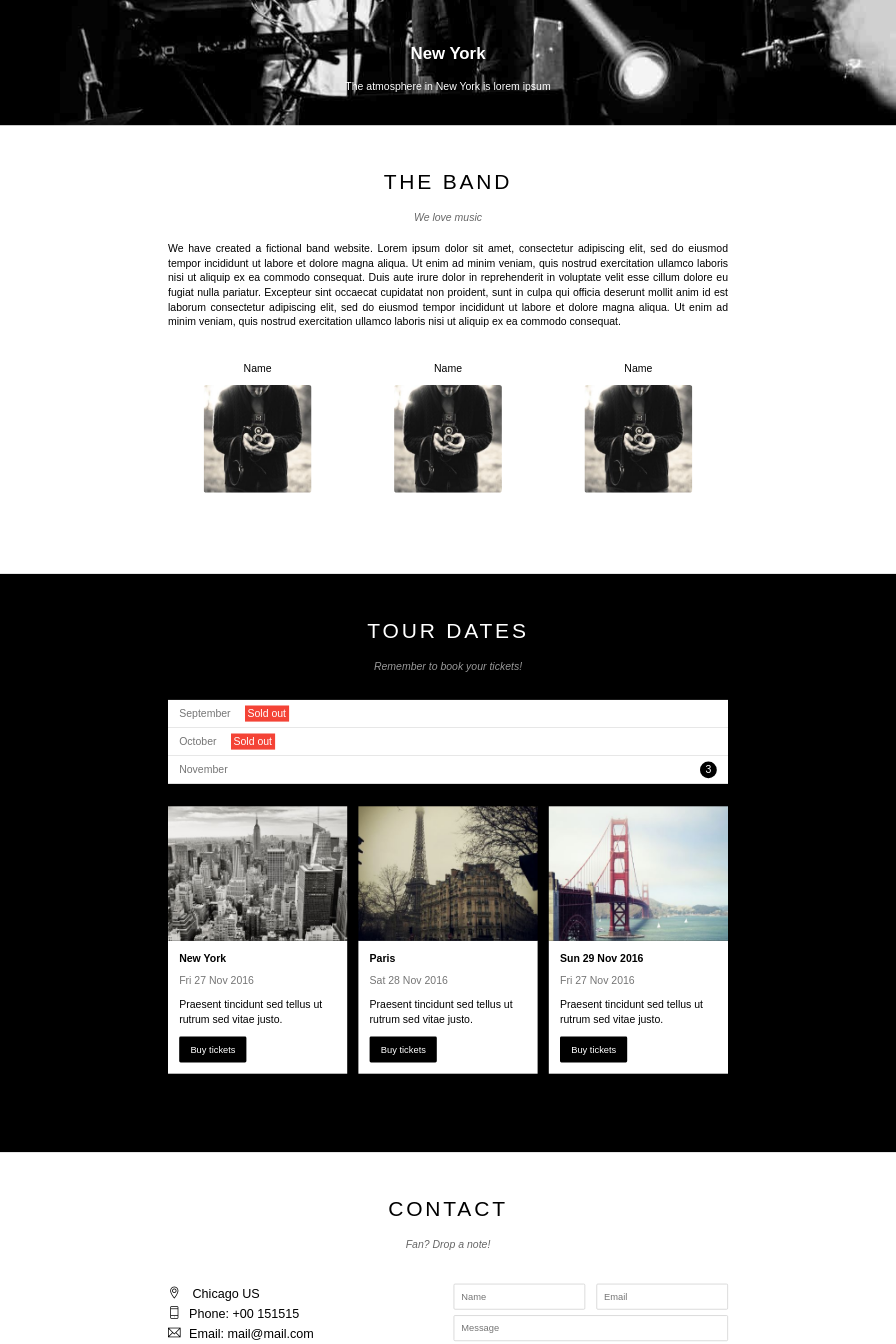
Repository: Phunobita/The-band-w3school
Page: index.html
An editor plug-in stored every save of this project. The page is shown before and after the next save, followed by the edit.
The browser window is 1280 px wide. The pictures show the part of the page from y = 507 to 2427 px (the page is 3501 px tall before and 3495 px after), at 70% of full size.

Above is the page before, as saved 2021-12-03 21:17:52.

### index.html
<!DOCTYPE html>
<html lang="en">

<head>
    <meta charset="UTF-8">
    <meta http-equiv="X-UA-Compatible" content="IE=edge">
    <meta name="viewport" content="width=device-width, initial-scale=1.0">
    <title>The band</title>
    <link rel="stylesheet" href="./assets/fonts/themify-icons-font/themify-icons/themify-icons.css">
    <link rel="stylesheet" href="./assets/css/style.css">
    <link rel="icon" href="/assets/img/hinh-anh-mua-thu-dep-nhat.jpg" type="image/x-icon" />
</head>

<body>
    <div id="main">
        <div id="header">
            <!--Begin nav-->
            <ul id="nav">
                <li><a href="#">Home</a></li>
                <li><a href="#band">Band</a></li>
                <li><a href="#tour">Tour</a></li>
                <li><a href="#contact">Contact</a></li>
                <li>
                    <a href="">
                        More
                        <i class="nav-arrow-down ti-angle-down"></i>
                    </a>
                    <ul class="subnav">
                        <li><a href="#">Merchandise</a></li>
                        <li><a href="#">Extras</a></li>
                        <li><a href="#">Media</a></li>
                    </ul>
                </li>
            </ul>
            <!--End nav-->
            <div class="search-btn">
                <i class="search-icon ti-search"></i>
            </div>
        </div>

        <div id="slider">
            <div class="text-content">
                <h2 class="heading">New York</h2>
                <div class="content">The atmosphere in New York is lorem ipsum</div>
            </div>
        </div>
        <!--About section-->
        <div id="content">
            <div id="band" class="content-section">
                <h2 class="section-heading">THE BAND</h2>
                <p class="section-sub-heading">We love music</p>
                <p class="about-text">We have created a fictional band website. Lorem ipsum dolor sit amet, consectetur
                    adipiscing elit, sed do eiusmod tempor incididunt ut labore et dolore magna aliqua. Ut enim ad minim
                    veniam, quis nostrud exercitation ullamco laboris nisi ut aliquip ex ea commodo consequat. Duis aute
                    irure dolor in reprehenderit in voluptate velit esse cillum dolore eu fugiat nulla pariatur.
                    Excepteur sint occaecat cupidatat non proident, sunt in culpa qui officia deserunt mollit anim id
                    est laborum consectetur adipiscing elit, sed do eiusmod tempor incididunt ut labore et dolore magna
                    aliqua. Ut enim ad minim veniam, quis nostrud exercitation ullamco laboris nisi ut aliquip ex ea
                    commodo consequat.</p>
                <div class=" row member-list">
                    <div class="col col-third text-center">
                        <p class="member-name">Name</p>
                        <img src="./assets/img/tv.jpg" alt="Name" class="member-img">
                    </div>
                    <div class="col col-third text-center">
                        <p class="member-name">Name</p>
                        <img src="./assets/img/tv.jpg" alt="Name" class="member-img">
                    </div>
                    <div class="col col-third text-center">
                        <p class="member-name">Name</p>
                        <img src="./assets/img/tv.jpg" alt="Name" class="member-img">
                    </div>
                </div>
            </div>

            <!--Tour section-->
            <div id="tour" class="tour__section">
                <div class="content-section">
                    <h2 class="section-heading text-white">TOUR DATES</h2>
                    <p class="section-sub-heading text-white">Remember to book your tickets!</p>

                    <ul class="ticket__list">
                        <li class="ticket__list-item">
                            September
                            <span class="sold-out">Sold out</span>
                        </li>
                        <li class="ticket__list-item">
                            October
                            <span class="sold-out">Sold out</span>
                        </li>
                        <li class="ticket__list-item">
                            November
                            <span class="quantity">3</span>
                        </li>
                    </ul>
                    <div class="row place__list">
                        <div class="col col-third ">
                            <img src="./assets/img/newyork.jpg" alt="New York" class="place__img">
                            <div class="place-body">
                                <h3 class="place-heading">New York</h3>
                                <p class="place-time">Fri 27 Nov 2016</p>
                                <p class="place-description">Praesent tincidunt sed tellus ut rutrum sed vitae justo.
                                </p>
                                <button href="#" class="btn js-buy-ticket">Buy tickets</button>
                            </div>
                        </div>
                        <div class="col col-third ">
                            <img src="./assets/img/paris.jpg" alt="New York" class="place__img">
                            <div class="place-body">
                                <h3 class="place-heading">Paris</h3>
                                <p class="place-time">Sat 28 Nov 2016</p>
                                <p class="place-description">Praesent tincidunt sed tellus ut rutrum sed vitae justo.
                                </p>
                                <button href="#" class="btn js-buy-ticket">Buy tickets</button>
                            </div>
                        </div>
                        <div class="col col-third ">
                            <img src="./assets/img/sanfran.jpg" alt="New York" class="place__img">
                            <div class="place-body">
                                <h3 class="place-heading">Sun 29 Nov 2016</h3>
                                <p class="place-time">Fri 27 Nov 2016</p>
                                <p class="place-description">Praesent tincidunt sed tellus ut rutrum sed vitae justo.
                                </p>
                                <button href="#" class="btn js-buy-ticket">Buy tickets</button>
                            </div>
                        </div>
                    </div>
                </div>
            </div>
            <!--Contact section-->
            <div id="contact" class="content-section">
                <h2 class="section-heading">CONTACT</h2>
                <p class="section-sub-heading">Fan? Drop a note!</p>

                <div class="row contact-content">
                    <div class="col col-half contact-info">
                        <p><i class="contact-icon ti-location-pin"></i> Chicago US</p>
                        <p><i class="contact-icon ti-mobile"></i>Phone: +00 151515</p>
                        <p><i class="contact-icon ti-email"></i>Email: mail@mail.com</p>
                    </div>
                    <div class="col col-half contact-form">
                        <form action="">
                            <div class="row">
                                <div class="col col-half">
                                    <input type="text" name="" required id="" class="form-control" placeholder="Name">
                                </div>
                                <div class="col col-half">
                                    <input type="email" name="" required id="" class="form-control" placeholder="Email">
                                </div>
                            </div>
                            <div class="row mt-8">
                                <div class="col col-full">
                                    <input type="" name="" required id="" class="form-control" placeholder="Message">
                                </div>
                            </div>
                            <input class="btn pull-right mt-16" type="submit" value="SEND">
                        </form>
                    </div>
                </div>
            </div>

            <div class="map-section">
                <img src="/assets/img/map (1).jpg" alt="">

            </div>

            <div id="footer">
                <div class="social-list">
                    <a href=""><i class="ti-facebook"></i></a>
                    <a href=""><i class="ti-instagram"></i></a>
                    <a href=""><i class="ti-youtube"></i></a>
                    <a href=""><i class="ti-pinterest"></i></a>
                    <a href=""><i class="ti-twitter"></i></a>
                    <a href=""><i class="ti-linkedin"></i></a>
                </div>
                <p class="copyright">Powered by <a href="">w3.css</a></p>
            </div>
        </div>

        <div class="modal js-modal">
            <div class="modal-container js-modal-container">
                <div class="modal-close js-modal-close">
                    <i class="ti-close"></i>
                </div>

                <header class="modal-header">
                    <i class="modal-heading-icon ti-bag"></i>
                    Tickets
                </header>

                <div class="modal-body">
                    <label for="ticket-quantity" class="modal-label">
                        <i class="ti-shopping-cart"></i>
                        Tickets, $15 per person
                    </label>
                    <input id="ticket-quantity" type="text" class="modal-input" placeholder="How many?">

                    <label for="ticket-email" class="modal-label">
                        <i class="ti-user"></i>
                        Send To
                    </label>
                    <input id="ticket-email" type="email" class="modal-input" placeholder="Enter email">
                    <button id="buy-ticket">
                        Pay <i class="ti-check"></i>
                    </button>
                </div>
                <footer class="modal-footer">
                    <p class="modal-help">Need <a href="">help?</a></p>
                </footer>
            </div>
        </div>
    </div>

    <script>
        const buyBtns = document.querySelectorAll('.js-buy-ticket')
        const modal = document.querySelector('.js-modal')
        const modalContainer = document.querySelector('.js-modal-container')
        const modalClose = document.querySelector('.js-modal-close')

        function showBuyTickets() {
            modal.classList.add('open')
        }

        function hideBuyTickets() {
            modal.classList.remove('open')
        }

        for (const buyBtn of buyBtns) {
            buyBtn.addEventListener('click', showBuyTickets)
        }

        modalClose.addEventListener('click', hideBuyTickets)
        modal.addEventListener('click', hideBuyTickets)
        modalContainer.addEventListener('click', function (event) {
            event.stopPropagation()
        }
        )
    </script>
</body>

</html>

### assets/css/style.css
* {
  padding: 0;
  margin: 0;
  box-sizing: border-box;
}
html {
  scroll-behavior: smooth;
  font-family: Arial, Helvetica, sans-serif;
}
/*
1.vi tri
2. kich thuoc
3.Mau sac
4. Hinh dang
*/
.clear {
  clear: both;
}

.text-white {
  color: #fff !important;
}

.text-center {
  text-align: center !important;
}

.pull-right {
  float: right;
}
.row {
  margin-left: -8px;
  margin-right: -8px;
}
.row::after {
  content: "";
  display: block;
  clear: both;
}

.col {
  float: left;
  padding-left: 8px;
  padding-right: 8px;
}

.col-full {
  width: 100%;
}

.col-half {
  width: 50%;
}
.col-third {
  width: 33.3333%;
}

.mt-8 {
  margin-top: 8px !important;
}

.mt-16 {
  margin-top: 16px !important;
}

.btn {
  display: inline-block;
  background-color: black;
  border: none;
  color: #fff;
  text-decoration: none;
  padding: 11px 16px;
  margin-top: 15px;
  border-radius: 2px;
  cursor: pointer;
}
.btn:hover {
  color: #000;
  background-color: #ccc;
}
#main {
}
#header {
  height: 46px;
  background-color: black;
  position: fixed;
  top: 0;
  left: 0;
  right: 0;
  z-index: 1;
}
#nav {
  display: inline-block;
}
#nav,
.subnav {
  list-style-type: none;
}
#nav > li > a {
  color: #fff;
  text-transform: uppercase;
}
#nav li a {
  text-decoration: none;
  line-height: 46px;
  padding: 0 24px;
  display: block;
}
#nav > li:hover > a,
#nav .subnav li:hover a {
  color: black;
  background-color: #ccc;
}
#nav li:hover .subnav {
  display: block;
}
#nav > li {
  display: inline-block;
  position: relative;
}
#nav .nav-arrow-down {
  font-size: 14px;
}
#nav .subnav {
  display: none;
  min-width: 160px;
  position: absolute;
  top: 100%;
  background-color: white;
  box-shadow: 0 0 10px rgba(0, 0, 0, 0.3);
}
#nav .subnav a {
  color: black;
  padding: 0 12px;
  line-height: 38px;
}
#header .search-btn {
  float: right;
  padding: 0 21px;
  cursor: pointer;
}
#header .search-icon {
  color: #fff;
  font-size: 20px;
  line-height: 46px;
}
#header .search-btn:hover {
  background-color: #f44336;
}
#slider {
  margin-top: 46px;
  padding-top: 50%;
  position: relative;
  background: url("/assets/img/slider1.jpg") top center / cover no-repeat;
}

#slider .text-content {
  position: absolute;
  bottom: 47px;
  color: white;
  width: 100%;
  text-align: center;
}
#silder .heading {
  font-weight: 500px;
  font-size: 24px;
}
#slider .content {
  font-size: 15px;
  margin-top: 25px;
}
#content {
}
#content .content-section {
  padding: 64px 0 112px;
  width: 800px;
  max-width: 100%;
  margin-left: auto;
  margin-right: auto;
}
#content .section-heading {
  font-size: 30px;
  font-weight: 500;
  text-align: center;
  letter-spacing: 4px;
}
#content .section-sub-heading {
  font-size: 15px;
  text-align: center;
  margin-top: 25px;
  font-style: italic;
  opacity: 0.6;
}
#content .about-text {
  margin-top: 25px;
  text-align: justify;
  line-height: 1.4;
  font-size: 15px;
}

#content .member-list {
  margin-top: 48px;
}
#content .member-name {
  font-size: 15px;
  margin-bottom: 15px;
}
#content .member-img {
  width: 154px;
  border-radius: 4px;
}

/* Tour section */
.tour__section {
  background-color: #000;
}

.ticket__list {
  background-color: #fff;
  margin-top: 40px;
  list-style: none;
}
.ticket__list-item {
  color: #757575;
  font-size: 15px;
  padding: 11px 16px;
  border-bottom: 1px solid #ddd;
}
.ticket__list .sold-out {
  color: #fff;
  background-color: #f44336;
  padding: 3px 4px;
  margin-left: 16px;
}
.ticket__list .quantity {
  float: right;
  width: 24px;
  height: 24px;
  background-color: #000;
  color: #fff;
  border-radius: 50%;
  text-align: center;
  line-height: 24px;
  margin-top: -3px;
}

/*  Place body*/
.place__list {
  margin-top: 32px;
}

.place__img {
  width: 100%;
  display: block;
}
.place__img:hover {
  opacity: 0.7;
}
.place-body {
  background-color: #fff;
  padding: 16px;
  font-size: 15px;
}
.place-heading {
  font-size: 15px;
  font-weight: 600;
}
.place-time {
  margin-top: 15px;
  color: #757575;
}
.place-description {
  margin-top: 15px;
  line-height: 1.4;
}

/* Modal */
.modal {
  position: fixed;
  top: 0;
  left: 0;
  bottom: 0;
  right: 0;
  background-color: rgba(0, 0, 0, 0.4);
  align-items: center;
  justify-content: center;
  display: none;
}
.modal.open {
  display: flex;
}
.modal-container {
  background-color: #fff;
  width: 900px;
  max-width: calc(100% - 32px);
  min-height: 200px;
  position: relative;
  animation: modalFadeIn ease 0.5s;
}
.modal-header {
  background-color: #009688;
  height: 130px;
  display: flex;
  align-items: center;
  justify-content: center;
  font-size: 30px;
  color: #fff;
}
.modal-heading-icon {
  margin-right: 16px;
}
.modal-close {
  position: absolute;
  right: 0;
  top: 0;
  padding: 16px;
  cursor: pointer;
  color: #fff;
}
.modal-close:hover {
  background-color: #ccc;
}
.modal-body {
  padding: 16px;
}

.modal-label {
  display: block;
  font-size: 15px;
  margin-bottom: 12px;
}

.modal-input {
  border: 1px solid #ccc;
  font-size: 15px;
  width: 100%;
  padding: 10px;
  margin-bottom: 24px;
}
#buy-ticket {
  background-color: #009688;
  border: none;
  width: 100%;
  padding: 18px;
  font-size: 15px;
  color: #fff;
  text-transform: uppercase;
  font-weight: 700;
  cursor: pointer;
}
#buy-ticket:hover {
  opacity: 0.8;
}

.modal-footer {
  padding: 16px;
  text-align: right;
}
.modal-help a {
  color: #2196f3;
}

/* Contact form */
.contact-content {
  margin-top: 48px;
}

.contact-info {
  font-size: 18px;
  line-height: 1.6;
}

.contact-icon {
  display: inline-block;
  width: 30px;
}

.contact-form {
  font-size: 15px;
}

.contact-form .form-control {
  padding: 10px;
  border: 1px solid #ccc;
  width: 100%;
  outline: border 1px solid;
}
.contact-form input {
  border-radius: 2px;
}
/* map section */
.map-section img {
  width: 100%;
}

#footer {
  padding: 64px 16px;
  text-align: center;
}

#footer .social-list {
  font-size: 24px;
}
#footer .social-list a {
  color: rgba(0, 0, 0, 0.6);
  text-decoration: none;
}
#footer .copyright a:hover,
#footer .social-list a :hover {
  color: rgba(0, 0, 0, 0.4);
}

#footer .copyright {
  margin-top: 15px;
  color: rgba(0, 0, 0, 0.6);
}
#footer .copyright a {
  color: rgba(0, 0, 0, 0.6);
}
@keyframes modalFadeIn {
  from {
    opacity: 0;
    transform: translateY(-150px);
  }
  to {
    opacity: 1;
    transform: translateY(0);
  }
}

Loaded but not shown: assets/fonts/themify-icons-font/themify-icons/themify-icons.css (common file)

After the next save:
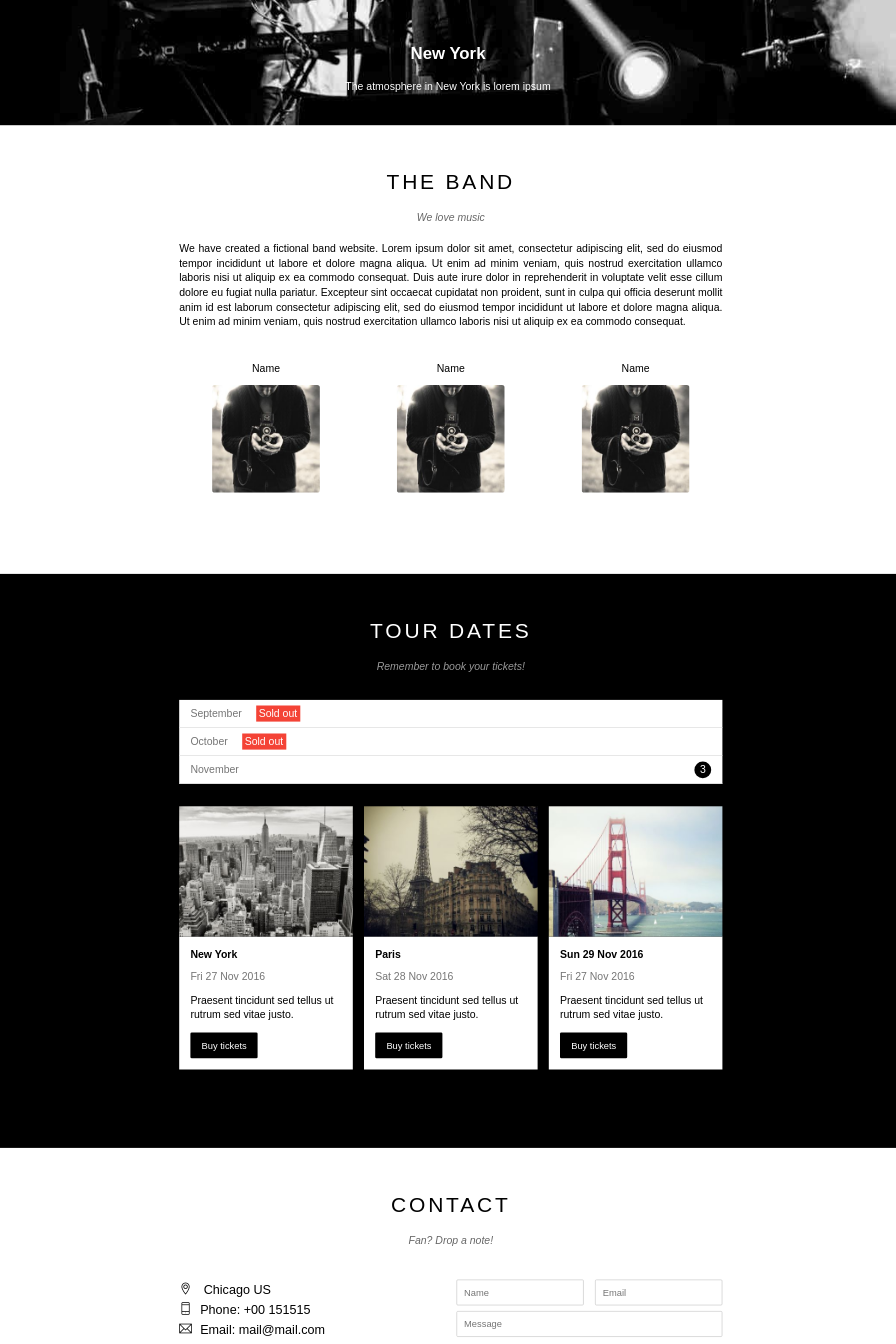
Saved 53 s later.
--- a/assets/css/style.css
+++ b/assets/css/style.css
@@ -177,6 +177,8 @@
   max-width: 100%;
   margin-left: auto;
   margin-right: auto;
+  padding-left: 16px;
+  padding-right: 8px;
 }
 #content .section-heading {
   font-size: 30px;
